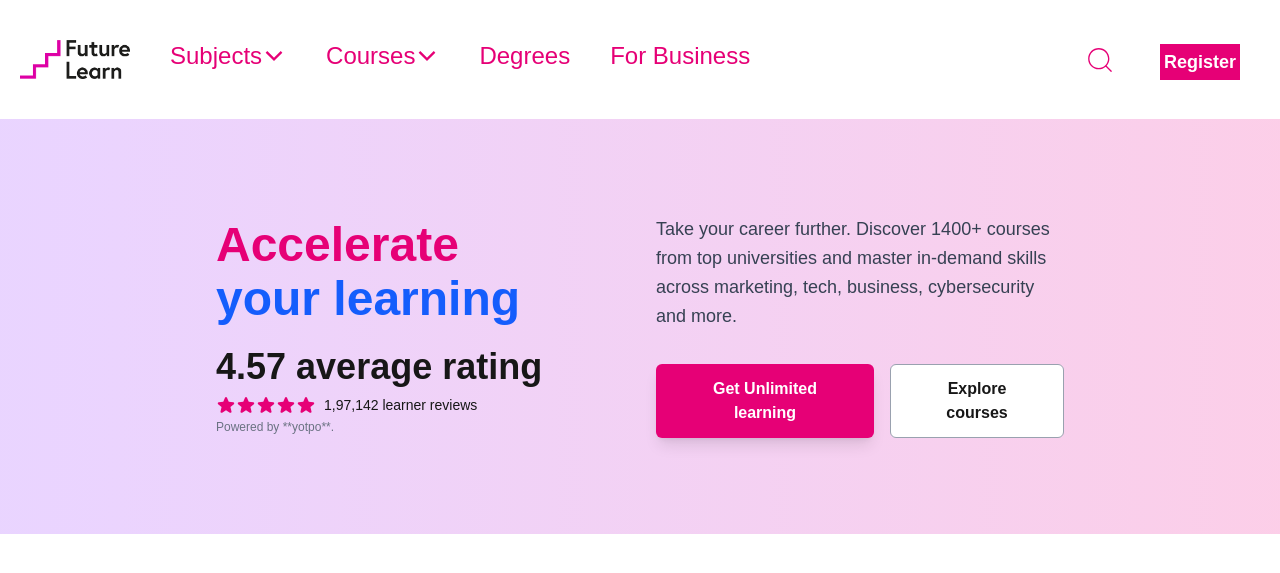
Repository: Aayu0981/Courses-App
Page: / (app in my-app/)
The author's editor kept a copy of each file at every save. The page is drawn from the files as they stood at one save, then again after the next save.
The browser window is 1280 px wide. The pictures show the whole page.
The project was rebuilt for these pictures with package versions that can differ from the ones it lists, and the page was loaded fresh each time. The framework's server and built-in components were replaced by stand-ins that run in the browser. Also part of the build but not shown: my-app/next.config.ts.

Above is the page before, as saved 2025-11-21 14:31:36.

After the next save:
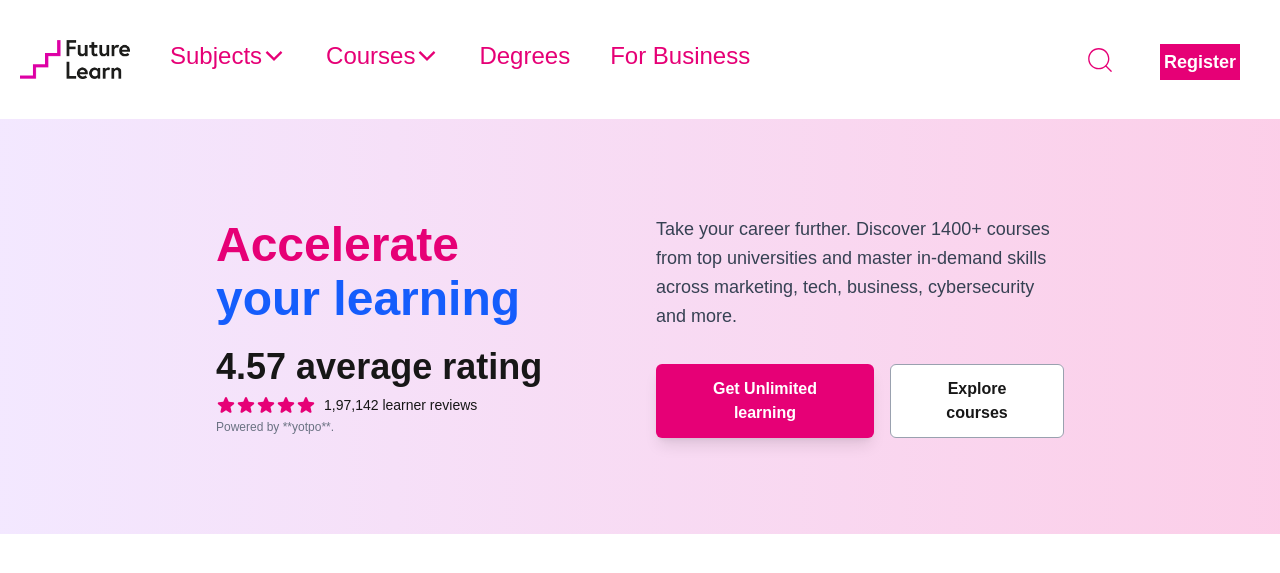
Saved 46 s later.
--- a/my-app/app/Components/MidP.tsx
+++ b/my-app/app/Components/MidP.tsx
@@ -5,7 +5,7 @@
 export default function HeroSection() {
   return (
     // 1. बैकग्राउंड ग्रेडिएंट और padding/margin
-    <section className="bg-gradient-to-r from-purple-200 to-pink-200 py-16 md:py-24 mt-10 p-50">
+    <section className="bg-gradient-to-r from-purple-100 to-pink-200 py-16 md:py-24 mt-10 p-50">
       <div className="container mx-auto px-4">
 
 
